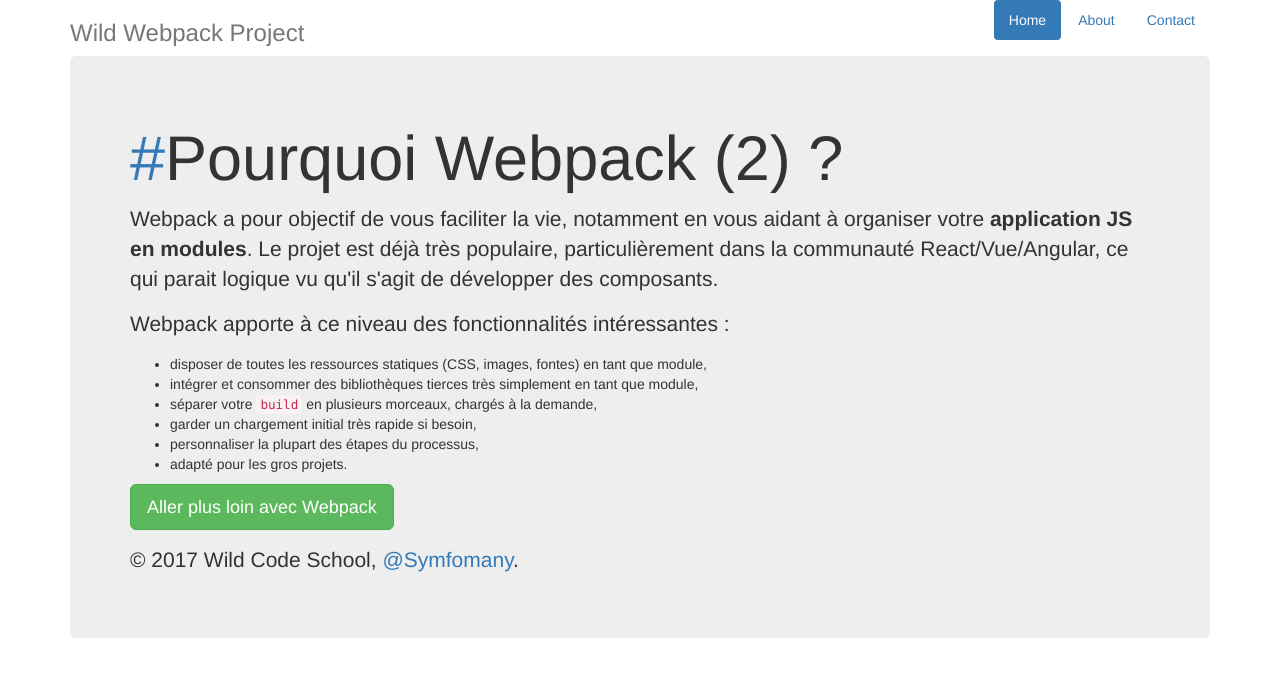
Repository: Symfomany/wildwebpack
Page: src/index.html
These files come from the project's save history. The page is drawn as it stood at one moment and after the next save; the edit follows.
The browser window is 1280 px wide. The pictures show the whole page.

Above is the page before, as saved 2017-03-03 07:39:14.

After the next save:
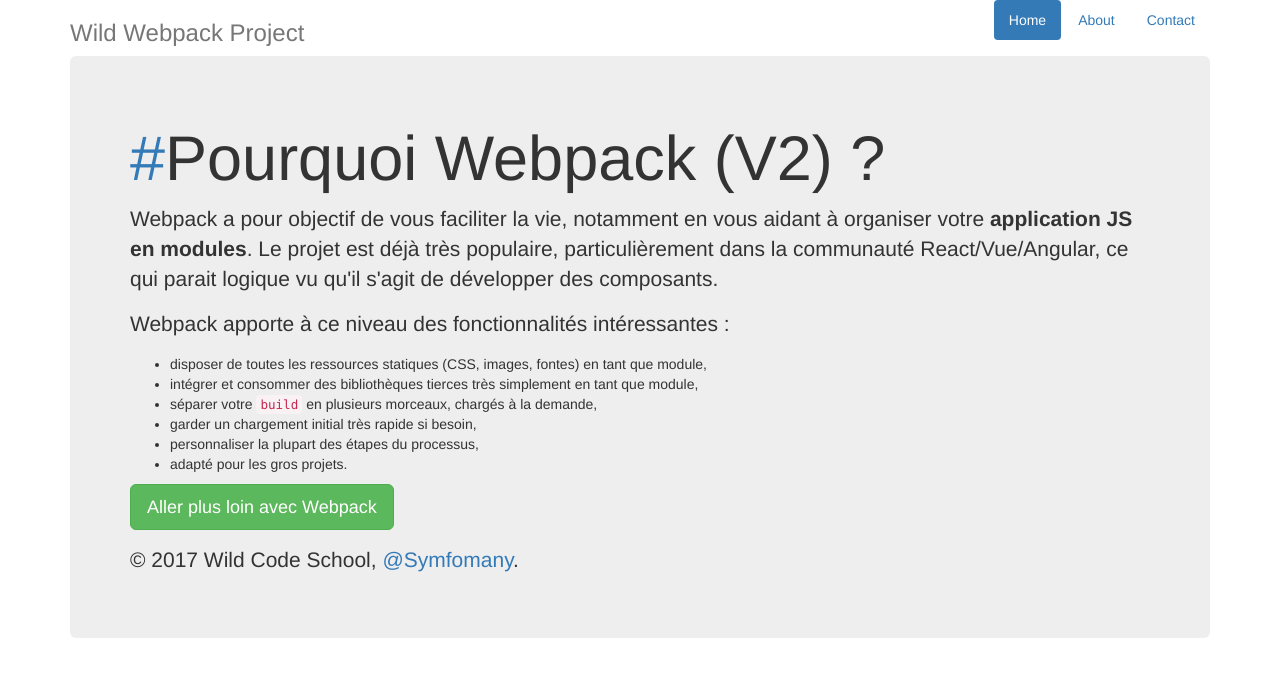
Saved 11 s later.
--- a/src/index.html
+++ b/src/index.html
@@ -23,7 +23,7 @@
       </div>
 
       <div class="jumbotron">
-        <div class="phenomic-BodyContainer" data-reactid="57"><h1 id="pourquoi-webpack-"><a href="#pourquoi-webpack-" class="phenomic-HeadingAnchor">#</a>Pourquoi Webpack (2) ?</h1>
+        <div class="phenomic-BodyContainer" data-reactid="57"><h1 id="pourquoi-webpack-"><a href="#pourquoi-webpack-" class="phenomic-HeadingAnchor">#</a>Pourquoi Webpack (V2) ?</h1>
           <p>Webpack a pour objectif de vous faciliter la vie, notamment en vous aidant à
           organiser votre <b>application JS en modules</b></a>.
           Le projet est déjà très populaire, particulièrement dans la communauté React/Vue/Angular, ce qui
